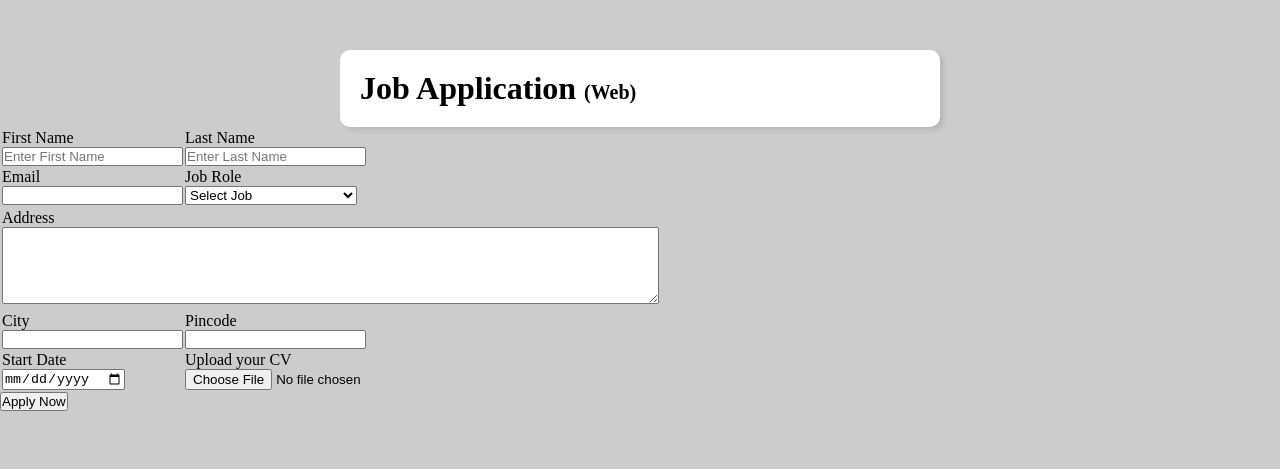
Repository: diensy/JOB-APPLICATION
Page: index.html
An editor plug-in stored every save of this project. The page is shown before and after the next save, followed by the edit.
The browser window is 1280 px wide. The pictures show the whole page.

Above is the page before, as saved 2024-02-27 19:52:27.

After the next save:
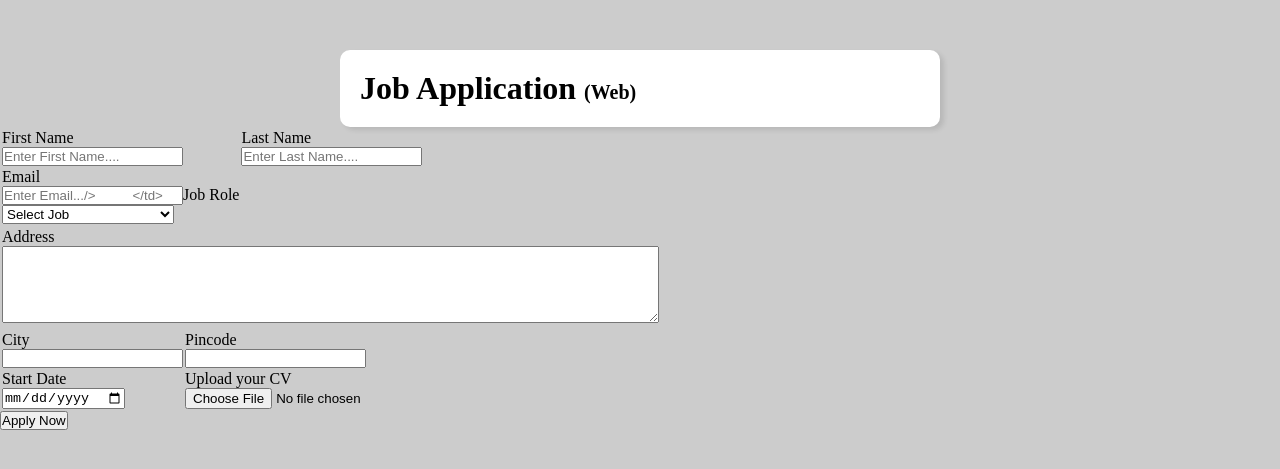
Saved 3 min 21 s later.
--- a/index.html
+++ b/index.html
@@ -18,19 +18,19 @@
           <td>
             <label for="first">First Name</label>
             <br />
-            <input type="text" id="first" placeholder="Enter First Name" />
+            <input type="text" id="first" placeholder="Enter First Name...." />
           </td>
           <td>
             <label for="last">Last Name</label>
             <br />
-            <input type="text" id="last" placeholder="Enter Last Name" />
+            <input type="text" id="last" placeholder="Enter Last Name...." />
           </td>
         </tr>
         <tr>
           <td>
             <label for="Email">Email</label>
             <br />
-            <input type="text" id="Email" />
+            <input type="text" id="Email" placeholder="Enter Email.../>
           </td>
           <td>
             <label for="Job">Job Role</label>

After the save that followed:
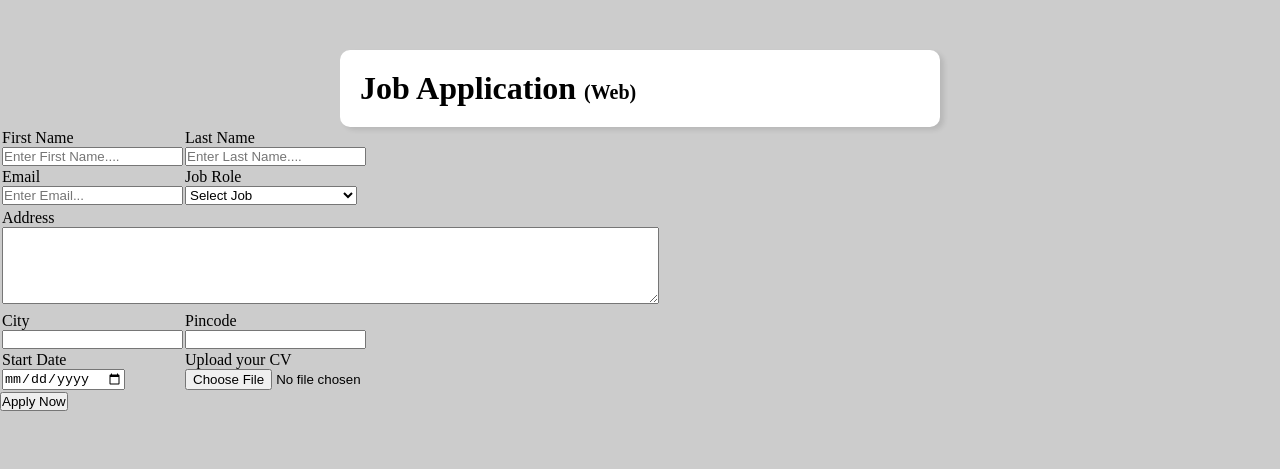
Saved 11 s later.
--- a/index.html
+++ b/index.html
@@ -30,7 +30,7 @@
           <td>
             <label for="Email">Email</label>
             <br />
-            <input type="text" id="Email" placeholder="Enter Email.../>
+            <input type="text" id="Email" placeholder="Enter Email..." />
           </td>
           <td>
             <label for="Job">Job Role</label>
